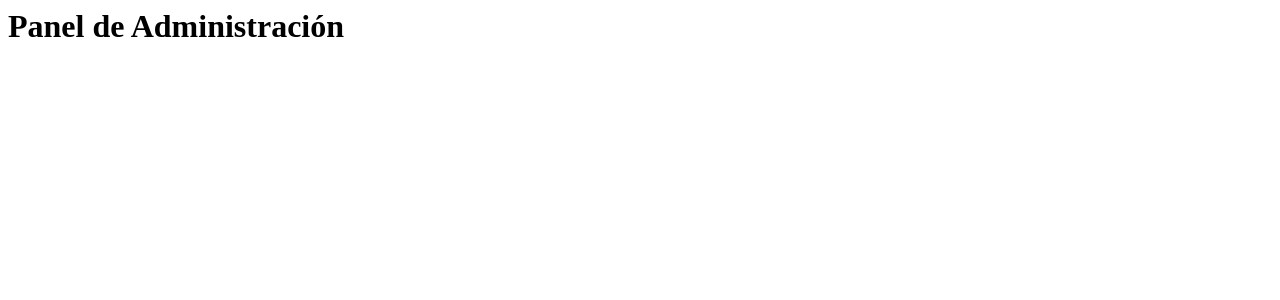
Repository: omoray99/appsalon-mvc-php
Page: http://localhost/confirmar-cuenta/views/admin/index.php
An editor plug-in stored every save of this project. The page is shown before and after the next save, followed by the edit.
The browser window is 1280 px wide. The pictures show the whole page.
The page is run by PHP 8.4 with error messages shown; the project is at /var/www/html/.

Above is the page before, as saved 2024-10-31 11:04:50.

After the next save:
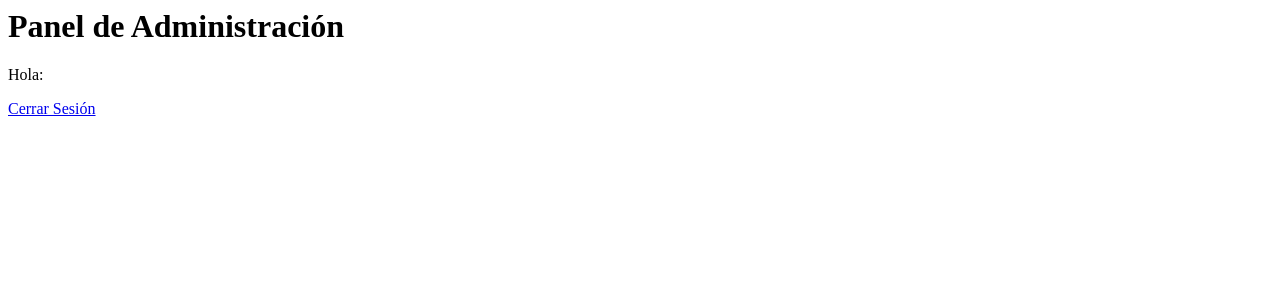
Saved 8 s later.
--- a/views/admin/index.php
+++ b/views/admin/index.php
@@ -1 +1,5 @@
 <h1 class="nombre-pagina"> Panel de Administración   </h1>
+
+<?php include_once __DIR__ . '/../templates/barra.php';
+
+?>
